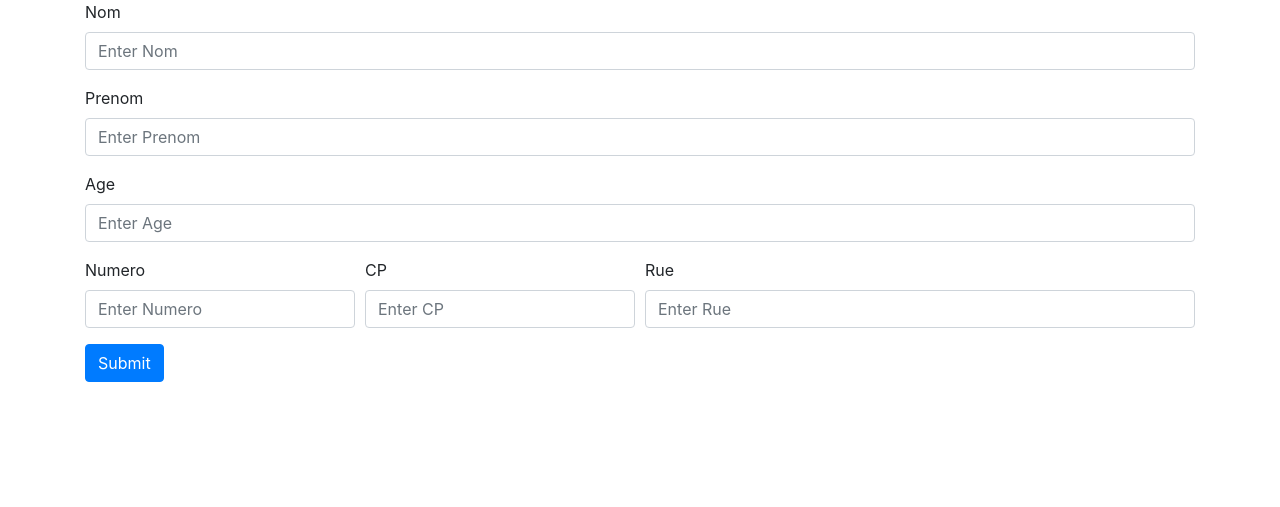
Repository: MacCampers/java-stuff
Page: http://localhost/ProjetResto/
An editor plug-in stored every save of this project. The page is shown before and after the next save, followed by the edit.
The browser window is 1280 px wide. The pictures show the whole page.
The page is served by Tomcat 9. Nobody is signed in. The application's start-up code is not run.

Above is the page before, as saved 2020-02-14 14:06:30.

After the next save:
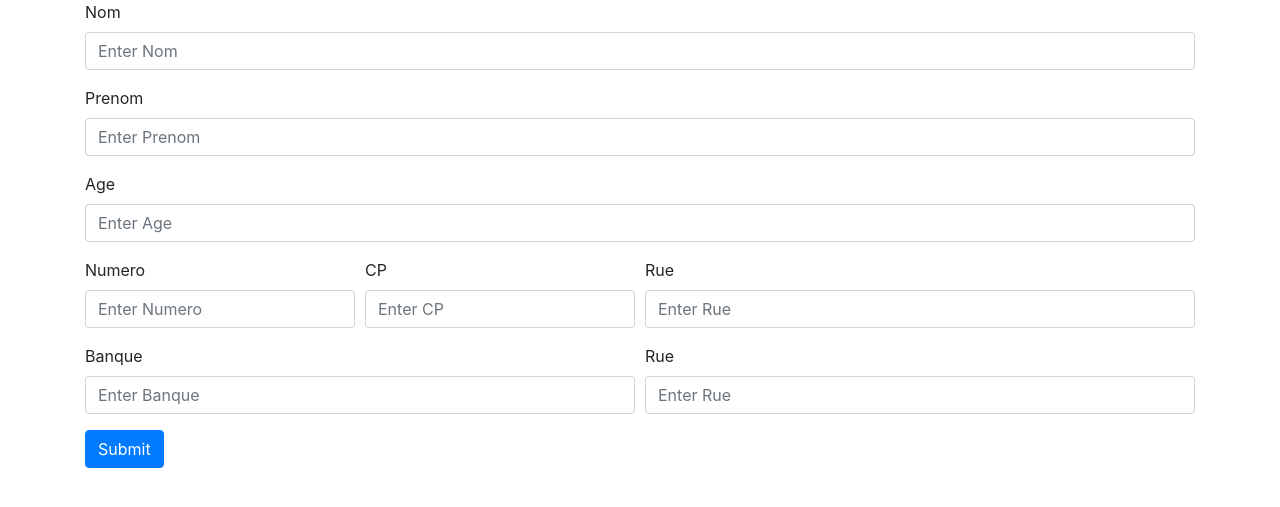
Saved 38 s later.
--- a/workspaceJSP/ProjetResto/src/main/webapp/index.jsp
+++ b/workspaceJSP/ProjetResto/src/main/webapp/index.jsp
@@ -45,7 +45,21 @@
 						</div>
 						<div class="form-group col-md-6">
 							<label for="exampleInputRue">Rue</label> <input type="text"
-								class="form-control" id="exampleInputRue" placeholder="Enter Rue">
+								class="form-control" id="exampleInputRue"
+								placeholder="Enter Rue">
+						</div>
+					</div>
+
+					<div class="form-row">
+
+						<div class="form-group col-md-6">
+							<label for="exampleInputBanque">Banque</label> <input type="text"
+								class="form-control" id="exampleInputBanque" placeholder="Enter Banque">
+						</div>
+						<div class="form-group col-md-6">
+							<label for="exampleInputRue">Rue</label> <input type="text"
+								class="form-control" id="exampleInputRue"
+								placeholder="Enter Rue">
 						</div>
 					</div>
 
